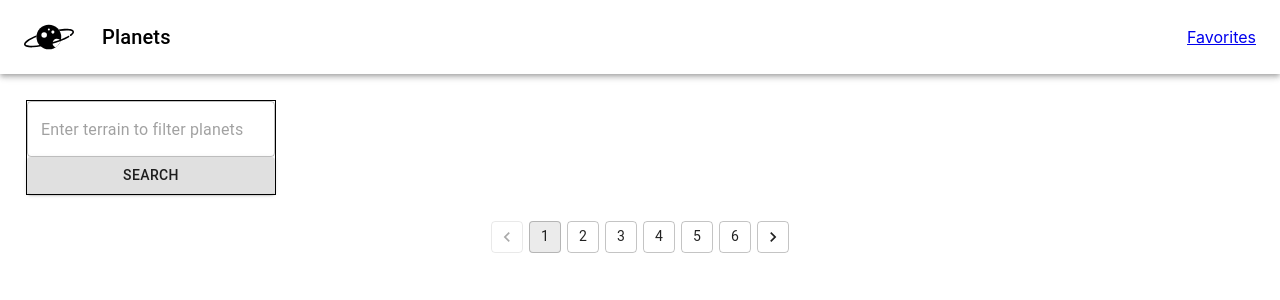
Repository: samridhie01/assignment
Page: /
The author's editor kept a copy of each file at every save. The page is drawn from the files as they stood at one save, then again after the next save.
The browser window is 1280 px wide. The pictures show the whole page.
The page's requests for data from a server got no answer. The project was rebuilt for these pictures with package versions that can differ from the ones it lists, and the page was loaded fresh each time. A package was used in the major version that the imports need, not the one package.json lists. No one was signed in, and anything a server would have sent is missing. Also part of the build but not shown: src/components/planets/PlanetTile.tsx, src/components/planets/Planets.tsx, src/components/details/SpecificPlanetRetrievalService.ts, src/components/details/Details.tsx, src/components/favorites/Favorites.tsx.

Above is the page before, as saved 2020-08-21 13:58:37.

### src/index.tsx
import React from 'react';
import ReactDOM from 'react-dom';
import './index.css';
import App from './components/app/App';
import * as serviceWorker from './serviceWorker';
import { BrowserRouter } from 'react-router-dom';
import { Provider } from 'react-redux';
import rootReducer from './reducers';
import { createStore } from 'redux';
import store from "../src/store/index"
import { addPlanetData } from './actions';



ReactDOM.render(
  <React.StrictMode>

    <BrowserRouter>
    <Provider store={store}>
    <App />
    </Provider>
    </BrowserRouter>

  </React.StrictMode>,
  document.getElementById('root')
);

// If you want your app to work offline and load faster, you can change
// unregister() to register() below. Note this comes with some pitfalls.
// Learn more about service workers: https://bit.ly/CRA-PWA
serviceWorker.unregister();

### src/components/app/App.tsx
import React, { useEffect, useState } from "react";
import { Route, Switch } from "react-router-dom";
import HomePage from "../homePage/HomePage";
import Details from "../details/Details";
import Favorites from "../favorites/Favorites";
import { PlanetData } from "../module/types";

const App = () => {
  const [favs, setFavs] = useState<PlanetData[]>([]);

  const addToFavs = (data: any) => {
    let newArr = [...favs, data];
    setFavs(newArr);
  };

  return (
    <main>
      <Switch>
        <Route
          exact
          path="/"
          render={() => <HomePage handleAddToFavs={addToFavs} />}
        />
        <Route path="/details" component={Details} />
        <Route path="/favs" render={() => <Favorites listOfFavs={favs} />} />
      </Switch>
    </main>
  );
};
export default App;

### src/store/index.ts
import {createStore} from 'redux';
import rootReducer from '../reducers/index';

const store = createStore(rootReducer);

export default store;

### src/components/homePage/HomePage.tsx
import React, { useEffect, useState, ChangeEvent } from "react";
import { useStyles } from "./HomePageStyle";
import Header from "../header/Header";
import Planets from "../planets/Planets";
import SearchBox from "../searchBox/SearchBox";
import { getPlanetData, getPlanetDataPage } from "./PlanetRetrievalService";
import Pagination from "@material-ui/lab/Pagination";
import { PlanetData } from "../module/types";

interface PlanetOverview {
  handleAddToFavs: (element: any) => void;
}

const HomePage: React.FC<PlanetOverview> = ({ handleAddToFavs }) => {
  const [planetData, setPlanetData] = useState<PlanetData[]>([]);

  const handleNewPage = (page: number) => {
    getPlanetDataPage(page).then(res => {
      setPlanetData(res.data.results);
    });
  };

  useEffect(() => {

    getPlanetData().then(res => {
      setPlanetData(res.data.results);
      localStorage.setItem("planetData", res.data.results);
    });
  }, []);


  const handlePageChange = (event: ChangeEvent<unknown>, value: number) => {
    handleNewPage(value);
  };

  const updatePlanetSearchResult = (key: string | null) => {
    if(key!=null){
      localStorage.setItem("searchKey", key);
    }
    const newData = planetData.filter(data => {
      if (
        key == null ||
        data.terrain.toLowerCase().includes(key.toLowerCase())
      ) {
        return data;
      }
    });
    setPlanetData(newData);
  };

  const classes = useStyles();
  if(localStorage.getItem("planetData")!=null){
    // const data = JSON.parse(localStorage.getItem("planetData")!);

  }
  // console.log("data",data);

  return (
    <>
      <Header />
      <div className={classes.flexContainer}>
        <SearchBox handleSearch={updatePlanetSearchResult} />
        <div className={classes.item}>
          {planetData &&
            planetData.map((element: PlanetData, index: number) => {
              return (
                <Planets
                  data={element}
                  onSaveClick={() => {
                    handleAddToFavs(element);
                  }}
                />
              );
            })}
        </div>
      </div>

      <Pagination
        count={6}
        defaultPage={1}
        variant="outlined"
        shape="rounded"
        className={classes.indexing}
        onChange={handlePageChange}
      />
    </>
  );
};
export default HomePage;

### src/reducers/index.ts
import { ADD_PLANETDATA } from '../constants/action-types';
import { PlanetActionTypes, Planet, PlanetState } from '../store/types';

const initialState: PlanetState = {
    planetData: []
};

function rootReducer(state=initialState, action:PlanetActionTypes):PlanetState{
    if(action.type == ADD_PLANETDATA){
        return{
            planetData: [...state.planetData, action.payload]
        }
    }
    return state;
}

export default rootReducer;

### src/components/homePage/HomePageStyle.ts
import { makeStyles, createStyles, Theme } from "@material-ui/core/styles";

export const useStyles = makeStyles((theme: Theme) =>
  createStyles({
    flexContainer: {
      display: "inline-flex",
      flex: "1 0 50%",
      textAlign: "center",
      padding: "10px",
      overflow: "hidden"
    },
    item: {
      alignSelf: "flex-end"
    },
    indexing: {
      display: "flex",
      justifyContent: "center"
    },
    title: {
      flexGrow: 1
    }
  })
);

### src/components/header/Header.tsx
import React from "react";
import AppBar from "@material-ui/core/AppBar";
import {Toolbar, makeStyles, createStyles, IconButton, Button,Theme} from "@material-ui/core";
import {ReactComponent as PlanetIcon} from "../../assets/planet.svg";
import Typography from "@material-ui/core/Typography";
import { Link } from "react-router-dom";

const useStyles = makeStyles((theme: Theme) =>
  createStyles({
    root: {
      flexGrow: 1,
    },
    menuButton: {
      marginRight: theme.spacing(2),
    },
    title: {
      flexGrow: 1,
    },
    logo: {
       width: 50,
       height: 50
      },
  }),
);


const Header =  ()=>{
    const classes=useStyles();
return(
<AppBar color="inherit"  position="static">
    <Toolbar>
        <IconButton edge="start" className={classes.menuButton} color="inherit" aria-label="menu">
        <PlanetIcon className={classes.logo}/>
        </IconButton>
        <Typography variant="h6" className={classes.title}>
            Planets
        </Typography>
        <Link to={{pathname: '/favs'}} color="inherit">Favorites</Link>
    </Toolbar>
</AppBar>
)


}

export default Header;

### src/components/searchBox/SearchBox.tsx
import React, { useState, useEffect } from "react";
import {
  Button,
  Box,
  TextField,
  Theme,
  makeStyles,
  createStyles
} from "@material-ui/core";

const useStyles = makeStyles((theme: Theme) =>
  createStyles({
    dotted: {
      display: "flex",
      flexDirection: "column",
      width: "200%"
    }
  })
);

interface Search {
  handleSearch: (key: string|null) => void;
}

const SearchBox: React.FC<Search> = ({ handleSearch }) => {
  const [searchItem, setSearchItem] = useState<string|null>("");
  const handleSearchChange = (event: any) => {
    setSearchItem(event.target.value);
  };

  useEffect(()=>{
    if(searchItem=="" && localStorage.getItem("searchKey")!=null){
      const newSearchItem=(localStorage.getItem("searchKey") || "");
      setSearchItem(newSearchItem);
    }
  })

  const classes = useStyles();
  return (
    <>
      <Box
        height="250%"
        border={1}
        m={2}
        display="inline-block"
        className={classes.dotted}
      >
        <TextField
          variant="outlined"
          onChange={handleSearchChange}
          placeholder="Enter terrain to filter planets"
          value={searchItem}
        />
        <Button
          variant="contained"
          onClick={() => {
            handleSearch(searchItem);
          }}
        >
          Search
        </Button>
      </Box>
    </>
  );
};

export default SearchBox;

### src/components/homePage/PlanetRetrievalService.ts
import axios from "axios";

const currentVersion = "2";
let data = localStorage.getItem("data");
let version = localStorage.getItem("version");

export const getPlanetData = async () => {
  const res = await axios({
    method: "GET",
    url: `https://swapi.dev/api/planets`
  });
  return res;
};

export const getPlanetDataPage = async (page: number) => {
  const res = await axios({
    method: "GET",
    url: `http://swapi.dev/api/planets/?page=${page}`
  });
  return res;
};

### src/constants/action-types.ts
export const ADD_PLANETDATA="ADD_PLANETDATA"

Loaded but not shown: public/index.html (common file); src/index.css (common file); src/serviceWorker.ts (common file)

After the next save:
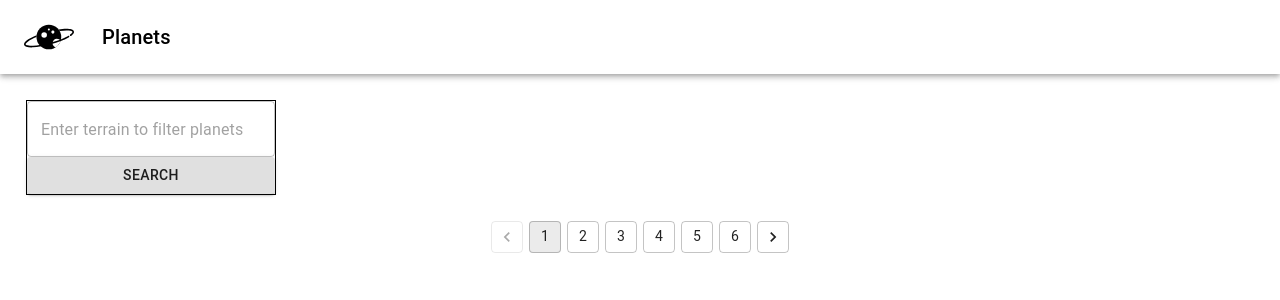
Saved 33 min 13 s later.
--- a/src/components/header/Header.tsx
+++ b/src/components/header/Header.tsx
@@ -23,8 +23,15 @@
   }),
 );
 
+interface HeaderProps{
+  path: string,
+  linkName: string
+}
 
-const Header =  ()=>{
+const Header:React.FC<HeaderProps> = ({
+  path,
+  linkName
+})=>{
     const classes=useStyles();
 return(
 <AppBar color="inherit"  position="static">
@@ -35,7 +42,7 @@
         <Typography variant="h6" className={classes.title}>
             Planets
         </Typography>
-        <Link to={{pathname: '/favs'}} color="inherit">Favorites</Link>
+        <Link to={{pathname: {path}}} color="inherit">{linkName}</Link>
     </Toolbar>
 </AppBar>
 )

After the 5 saves that followed:
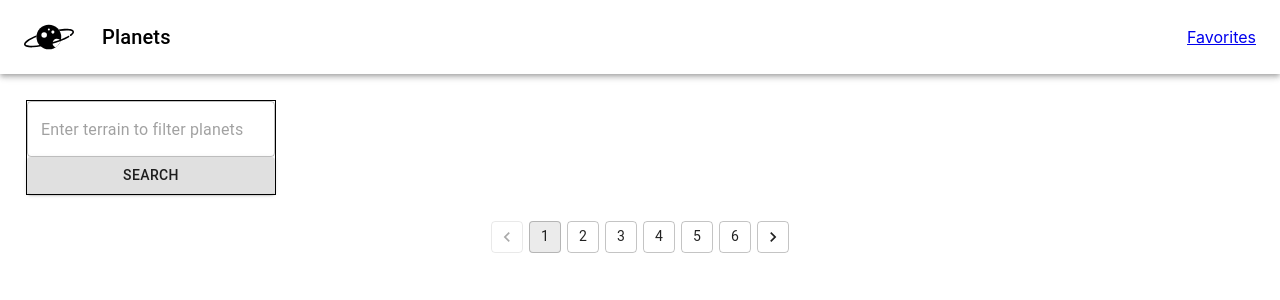
The 5 saves are shown as one change because 4 left the picture as it was.
The last was saved 11 min 9 s later.
--- a/src/components/homePage/HomePage.tsx
+++ b/src/components/homePage/HomePage.tsx
@@ -57,7 +57,7 @@ const HomePage: React.FC<PlanetOverview> = ({ handleAddToFavs }) => {
 
   return (
     <>
-      <Header />
+      <Header path="/favs" linkName={"Favorites"}/>
       <div className={classes.flexContainer}>
         <SearchBox handleSearch={updatePlanetSearchResult} />
         <div className={classes.item}>
--- a/src/components/header/Header.tsx
+++ b/src/components/header/Header.tsx
@@ -42,7 +42,7 @@
         <Typography variant="h6" className={classes.title}>
             Planets
         </Typography>
-        <Link to={{pathname: {path}}} color="inherit">{linkName}</Link>
+        <Link to={{pathname: `${path}`}} color="inherit">{linkName}</Link>
     </Toolbar>
 </AppBar>
 )
